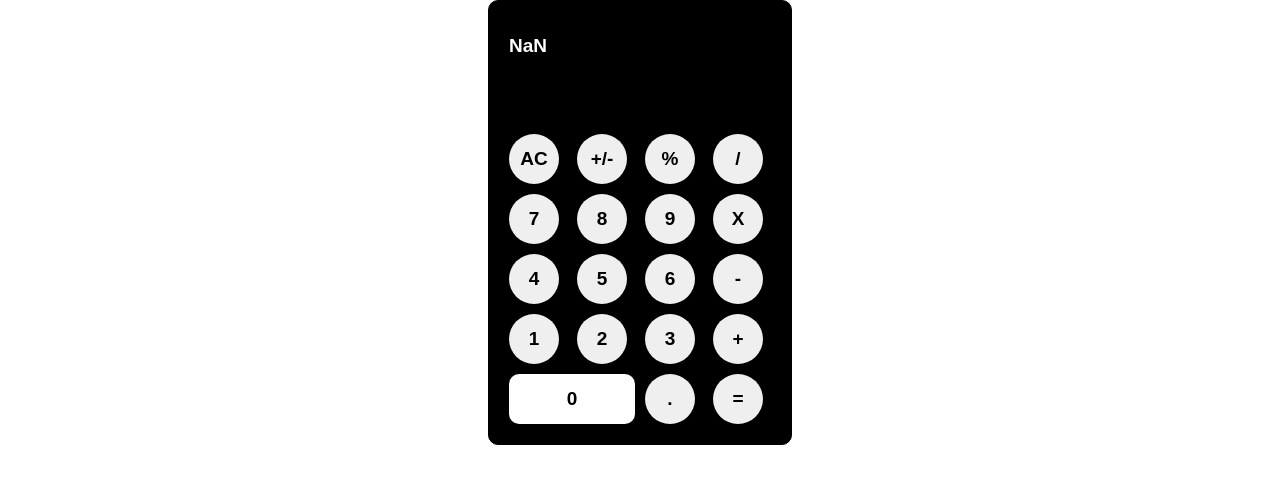
Repository: dmpelaez/calculator
Page: Calculator.html
These files come from the project's save history. The page is drawn as it stood at one moment and after the next save; the edit follows.
The browser window is 1280 px wide. The pictures show the whole page.
Empty fields were first filled with sample values (such as "Sample", 5 or name@example.com).
After loading, the first visible `button.equal` was clicked once.

Above is the page before, as saved 2025-12-15 21:25:49.

After the next save:
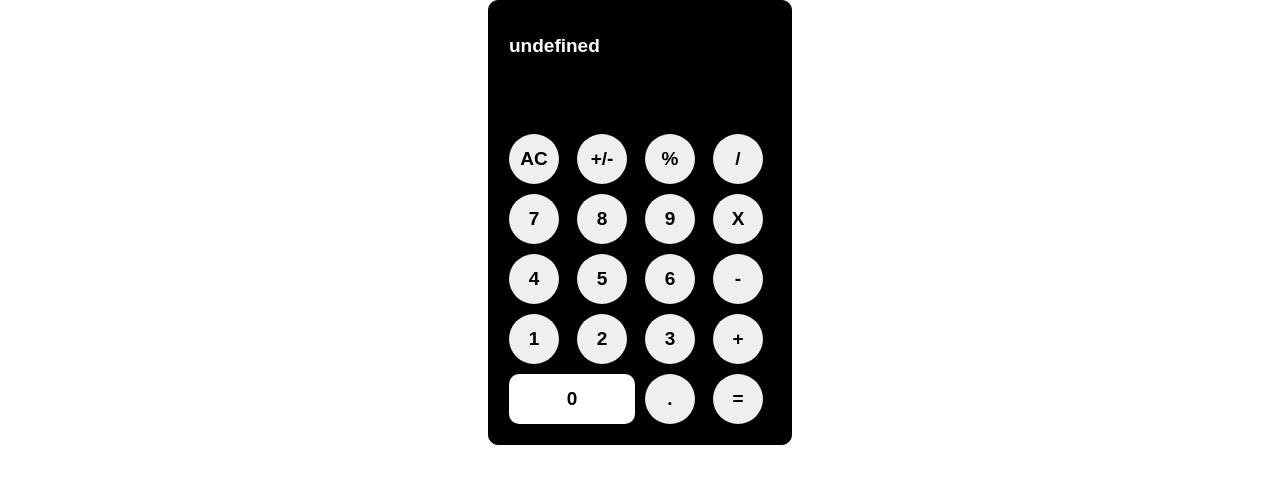
Saved 27 s later.
--- a/Calculator.js
+++ b/Calculator.js
@@ -16,7 +16,7 @@ function appendNumber(num) {
 
 
 function appendValue() {
-   document.querySelector('.inputSection').value = Number(result);
+   document.querySelector('.inputSection').value = result;
 
 
 };
